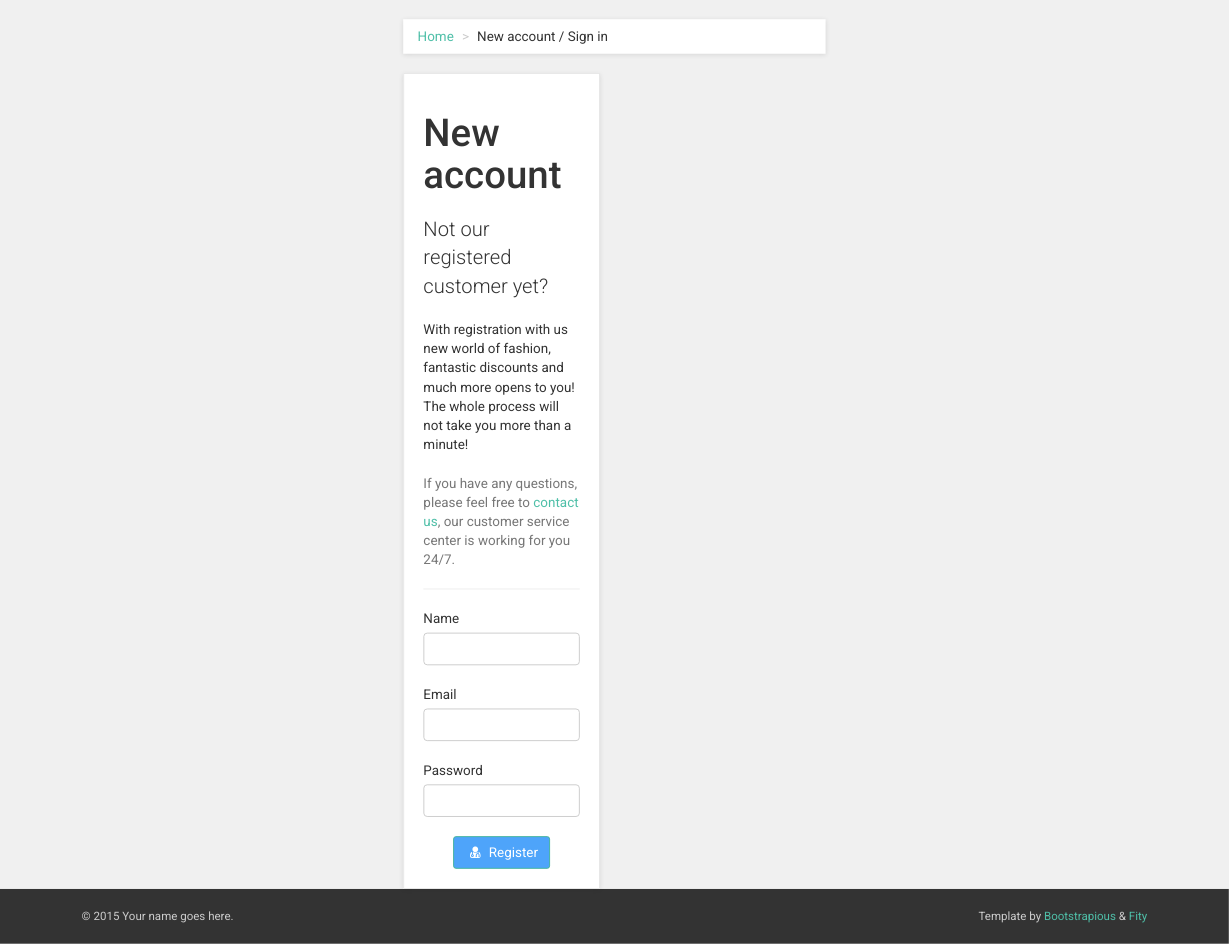
Repository: Sagnikb9/JavaDevops-Ecommerce
Page: http://localhost/MedioxyPharm/register
These files come from the project's save history. The page is drawn as it stood at one moment and after the next save; the edit follows.
The browser window is 1280 px wide. The pictures show the whole page, at 96% of full size.
The page is served by Tomcat 9.

Above is the page before, as saved 2017-10-01 23:19:58.

After the next save:
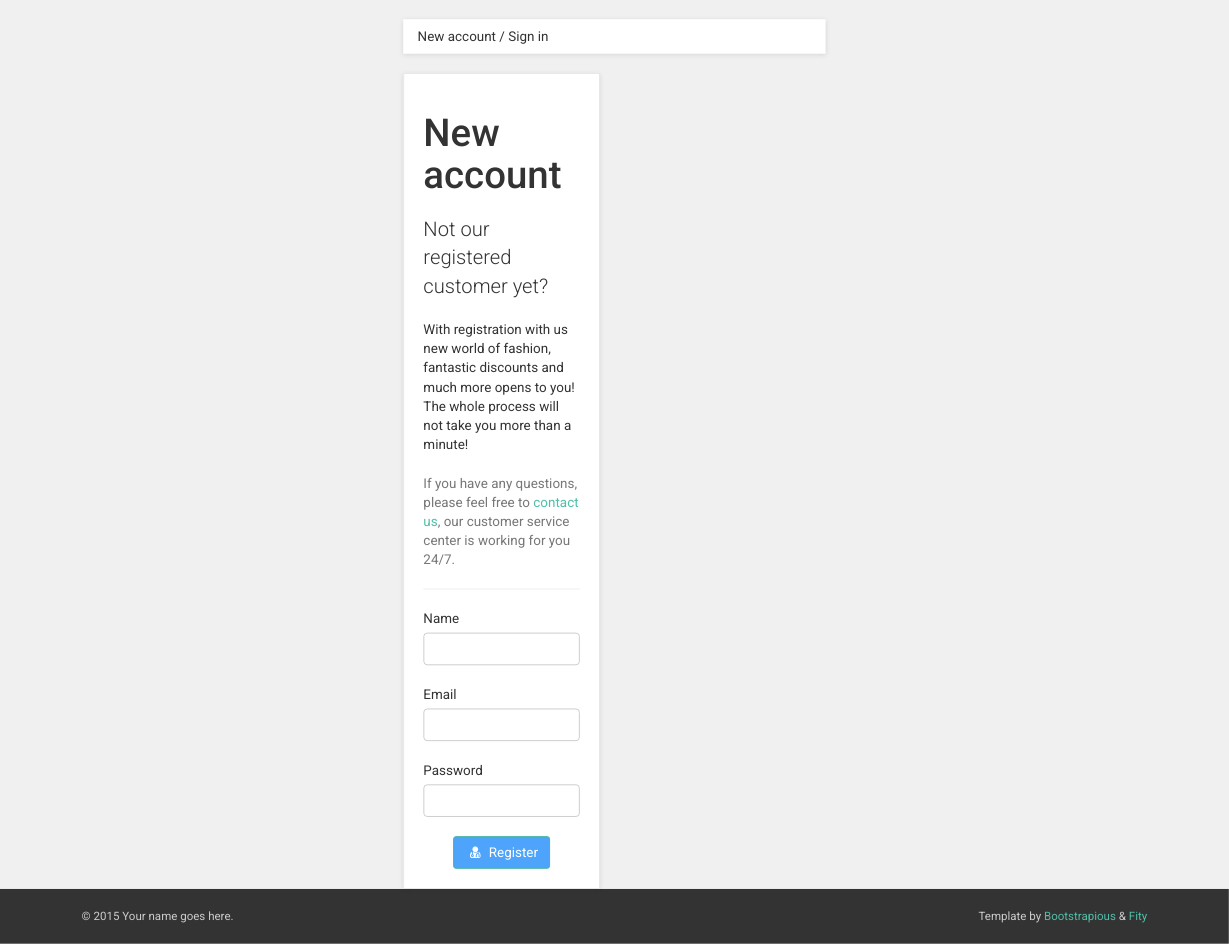
Saved 45 s later.
--- a/MedioxyPharm/src/main/webapp/WEB-INF/views/register.jsp
+++ b/MedioxyPharm/src/main/webapp/WEB-INF/views/register.jsp
@@ -60,8 +60,7 @@
                 <div class="col-md-12">
 
                     <ul class="breadcrumb">
-                        <li><a href="index.jsp">Home</a>
-                        </li>
+
                         <li>New account / Sign in</li>
                     </ul>
 
